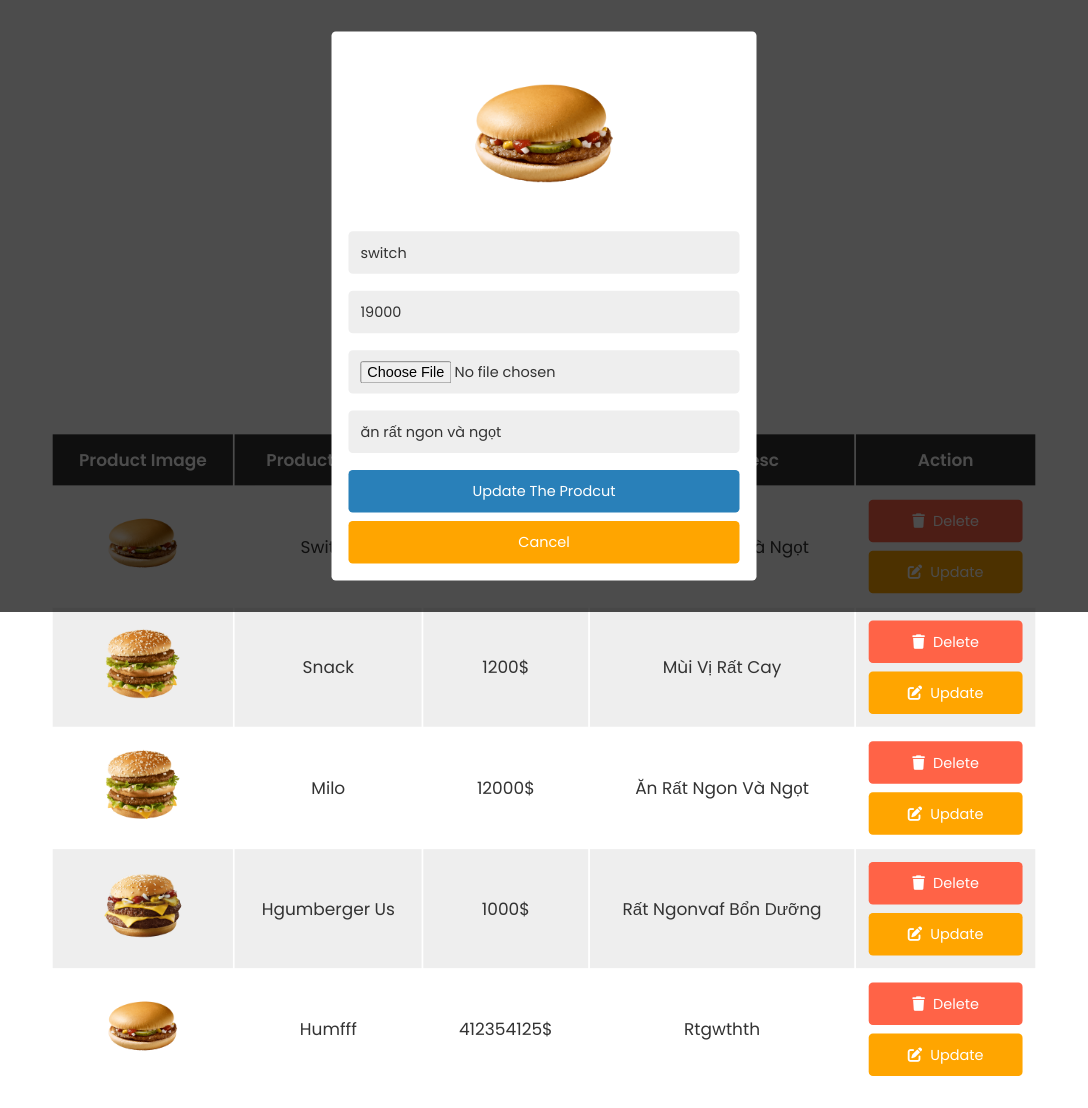
Repository: yennobita/FPT-PHP1
Page: http://localhost/admin.php?edit=22
The author's editor kept a copy of each file at every save. The page is drawn from the files as they stood at one save, then again after the next save.
The browser window is 1280 px wide. The pictures show the whole page, at 85% of full size.
The page is run by PHP 8.4 with error messages shown; the project is at /var/www/html/. The database holds what the project's SQL file puts in it.

Above is the page before, as saved 2022-08-04 16:20:56.
Console error: TypeError: Cannot set properties of null (setting 'onclick')

### ASM_PHP1/admin.php
<?php

@include 'config.php';

if(isset($_POST['add_product'])){
   $p_name = $_POST['p_name'];
   $p_price = $_POST['p_price'];
   $p_image = $_FILES['p_image']['name'];
   $p_desc = $_POST['p_desc'];
   $p_image_tmp_name = $_FILES['p_image']['tmp_name'];
   $p_image_folder = 'uploaded_img/'.$p_image;

   $insert_query = mysqli_query($conn, "INSERT INTO `products`(product_name, product_price, product_image, product_desc) VALUES('$p_name', '$p_price', '$p_image', '$p_desc')") or die('query failed');

   if($insert_query){
      move_uploaded_file($p_image_tmp_name, $p_image_folder);
      $message[] = 'product add succesfully';
   }else{
      $message[] = 'could not add the product';
   }
};

if(isset($_GET['delete'])){
   $delete_id = $_GET['delete'];
   $delete_query = mysqli_query($conn, "DELETE FROM `products` WHERE id = $delete_id ") or die('query failed');
   if($delete_query){
      header('location:admin.php');
      $message[] = 'product has been deleted';
   }else{
      header('location:admin.php');
      $message[] = 'product could not be deleted';
   };
};

if(isset($_POST['update_product'])){
   $update_p_id = $_POST['update_p_id'];
   $update_p_name = $_POST['update_p_name'];
   $update_p_price = $_POST['update_p_price'];
   $update_p_desc = $_POST['update_p_desc'];
   $update_p_image = $_FILES['update_p_image']['name'];
   $update_p_image_tmp_name = $_FILES['update_p_image']['tmp_name'];
   $update_p_image_folder = 'uploaded_img/'.$update_p_image;

   $update_query = mysqli_query($conn, "UPDATE `products` SET product_name = '$update_p_name', product_price = '$update_p_price', product_image = '$update_p_image', product_desc = '$update_p_desc' WHERE id = '$update_p_id'");

   if($update_query){
      move_uploaded_file($update_p_image_tmp_name, $update_p_image_folder);
      $message[] = 'product updated succesfully';
      header('location:admin.php');
   }else{
      $message[] = 'product could not be updated';
      header('location:admin.php');
   }

}

?>

<!DOCTYPE html>
<html lang="en">
<head>
   <meta charset="UTF-8">
   <meta http-equiv="X-UA-Compatible" content="IE=edge">
   <meta name="viewport" content="width=device-width, initial-scale=1.0">
   <title>admin panel</title>

   <!-- font awesome cdn link  -->
   <link rel="stylesheet" href="https://cdnjs.cloudflare.com/ajax/libs/font-awesome/6.0.0/css/all.min.css">

   <!-- custom css file link  -->
   <link rel="stylesheet" href="css/style1.css">

</head>
<body>

<?php

if(isset($message)){
   foreach($message as $message){
      echo '<div class="message"><span>'.$message.'</span> <i class="fas fa-times" onclick="this.parentElement.style.display = `none`;"></i> </div>';
   };
};

?>



<div class="container">

<section>

<form action="" method="post" class="add-product-form" enctype="multipart/form-data">
   <h3>add a new product</h3>
   <input type="text" name="p_name" placeholder="enter the product name" class="box" required>
   <input type="number" name="p_price" min="0" placeholder="enter the product price" class="box" required>
   <input type="file" name="p_image" accept="image/png, image/jpg, image/jpeg" class="box" required>
   <input type="text" name="p_desc" placeholder="enter the product desc" class="box" require>
   <input type="submit" value="add the product" name="add_product" class="btn">
</form>

</section>

<section class="display-product-table">

   <table>

      <thead>
         <th>product image</th>
         <th>product name</th>
         <th>product price</th>
         <th>product desc</th>
         <th>action</th>
      </thead>

      <tbody>
         <?php

            $select_products = mysqli_query($conn, "SELECT * FROM `products`");
            if(mysqli_num_rows($select_products) > 0){
               while($row = mysqli_fetch_assoc($select_products)){
         ?>

         <tr>
            <td><img src="uploaded_img/<?php echo $row['product_image']; ?>" height="100" alt=""></td>
            <td><?php echo $row['product_name']; ?></td>
            <td><?php echo $row['product_price']; ?>$</td>
            <td><?php echo $row['product_desc']; ?></td>
            <td>
               <a href="admin.php?delete=<?php echo $row['id']; ?>" class="delete-btn" onclick="return confirm('are your sure you want to delete this?');"> <i class="fas fa-trash"></i> delete </a>
               <a href="admin.php?edit=<?php echo $row['id']; ?>" class="option-btn"> <i class="fas fa-edit"></i> update </a>
            </td>
         </tr>

         <?php
            };
            }else{
               echo "<div class='empty'>no product added</div>";
            };
         ?>
      </tbody>
   </table>

</section>

<section class="edit-form-container">

   <?php

   if(isset($_GET['edit'])){
      $edit_id = $_GET['edit'];
      $edit_query = mysqli_query($conn, "SELECT * FROM `products` WHERE id = $edit_id");
      if(mysqli_num_rows($edit_query) > 0){
         while($fetch_edit = mysqli_fetch_assoc($edit_query)){
   ?>

   <form action="" method="post" enctype="multipart/form-data">
      <img src="uploaded_img/<?php echo $fetch_edit['product_image']; ?>" height="200" alt="">
      <input type="hidden" name="update_p_id" value="<?php echo $fetch_edit['id']; ?>">
      <input type="text" class="box" required name="update_p_name" value="<?php echo $fetch_edit['product_name']; ?>">
      <input type="number" min="0" class="box" required name="update_p_price" value="<?php echo $fetch_edit['product_price']; ?>">
      <input type="file" class="box" required name="update_p_image" accept="image/png, image/jpg, image/jpeg">
      <input type="text" class="box" required name="update_p_desc" value="<?php echo $fetch_edit['product_desc']; ?>">
      <input type="submit" value="update the prodcut" name="update_product" class="btn">
      <input type="reset" value="cancel" id="close-edit" class="option-btn">
   </form>

   <?php
            };
         };
         echo "<script>document.querySelector('.edit-form-container').style.display = 'flex';</script>";
      };
   ?>

</section>

</div>



<!-- custom js file link  -->
<script src="/Js/script.js"></script>

</body>
</html>

### ASM_PHP1/config.php
<?php

$conn = mysqli_connect('localhost', 'root', '', 'burger') or die('connection failed');;

?>

### ASM_PHP1/Css/style1.css
@import url("https://fonts.googleapis.com/css2?family=Poppins:wght@100;200;300;400;500;600&display=swap");

:root {
  --blue: #2980b9;
  --red: tomato;
  --orange: orange;
  --black: #333;
  --white: #fff;
  --bg-color: #eee;
  --dark-bg: rgba(0, 0, 0, 0.7);
  --box-shadow: 0 0.5rem 1rem rgba(0, 0, 0, 0.1);
  --border: 0.1rem solid #999;
}

* {
  font-family: "Poppins", sans-serif;
  margin: 0;
  padding: 0;
  box-sizing: border-box;
  outline: none;
  border: none;
  text-decoration: none;
  text-transform: capitalize;
}

html {
  font-size: 62.5%;
  overflow-x: hidden;
}

.container {
  max-width: 1200px;
  margin: 0 auto;
  /* padding-bottom: 5rem; */
}

section {
  padding: 2rem;
}

.heading {
  text-align: center;
  font-size: 3.5rem;
  text-transform: uppercase;
  color: var(--black);
  margin-bottom: 2rem;
}

.btn,
.option-btn,
.delete-btn {
  display: block;
  width: 100%;
  text-align: center;
  background-color: var(--blue);
  color: var(--white);
  font-size: 1.7rem;
  padding: 1.2rem 3rem;
  border-radius: 0.5rem;
  cursor: pointer;
  margin-top: 1rem;
}

.btn:hover,
.option-btn:hover,
.delete-btn:hover {
  background-color: var(--black);
}

.option-btn i,
.delete-btn i {
  padding-right: 0.5rem;
}

.option-btn {
  background-color: var(--orange);
}

.delete-btn {
  margin-top: 0;
  background-color: var(--red);
}

.message {
  background-color: var(--blue);
  position: sticky;
  top: 0;
  left: 0;
  z-index: 10000;
  border-radius: 0.5rem;
  background-color: var(--white);
  padding: 1.5rem 2rem;
  margin: 0 auto;
  max-width: 1200px;
  display: flex;
  align-items: center;
  justify-content: space-between;
  gap: 1.5rem;
}

.message span {
  font-size: 2rem;
  color: var(--black);
}

.message i {
  font-size: 2.5rem;
  color: var(--black);
  cursor: pointer;
}

.message i:hover {
  color: var(--red);
}

.header {
  background-color: var(--blue);
  position: sticky;
  top: 0;
  left: 0;
  z-index: 1000;
}

.header .flex {
  display: flex;
  align-items: center;
  padding: 1.5rem 2rem;
  max-width: 1200px;
  margin: 0 auto;
}

.header .flex .logo {
  margin-right: auto;
  font-size: 2.5rem;
  color: var(--white);
}

.header .flex .navbar a {
  margin-left: 2rem;
  font-size: 2rem;
  color: var(--white);
}

.header .flex .navbar a:hover {
  color: yellow;
}

.header .flex .cart {
  margin-left: 2rem;
  font-size: 2rem;
  color: var(--white);
}

.header .flex .cart:hover {
  color: yellow;
}

.header .flex .cart span {
  padding: 0.1rem 0.5rem;
  border-radius: 0.5rem;
  background-color: var(--white);
  color: var(--blue);
  font-size: 2rem;
}

#menu-btn {
  margin-left: 2rem;
  font-size: 3rem;
  cursor: pointer;
  color: var(--white);
  display: none;
}

.add-product-form {
  max-width: 50rem;
  background-color: var(--bg-color);
  border-radius: 0.5rem;
  padding: 2rem;
  margin: 0 auto;
  margin-top: 2rem;
}

.add-product-form h3 {
  font-size: 2.5rem;
  margin-bottom: 1rem;
  color: var(--black);
  text-transform: uppercase;
  text-align: center;
}

.add-product-form .box {
  text-transform: none;
  padding: 1.2rem 1.4rem;
  font-size: 1.7rem;
  color: var(--black);
  border-radius: 0.5rem;
  background-color: var(--white);
  margin: 1rem 0;
  width: 100%;
}

.display-product-table table {
  width: 100%;
  text-align: center;
}

.display-product-table table thead th {
  padding: 1.5rem;
  font-size: 2rem;
  background-color: var(--black);
  color: var(--white);
}

.display-product-table table td {
  padding: 1.5rem;
  font-size: 2rem;
  color: var(--black);
}

.display-product-table table td:first-child {
  padding: 0;
}

.display-product-table table tr:nth-child(even) {
  background-color: var(--bg-color);
}

.display-product-table .empty {
  margin-bottom: 2rem;
  text-align: center;
  background-color: var(--bg-color);
  color: var(--black);
  font-size: 2rem;
  padding: 1.5rem;
}

.edit-form-container {
  position: fixed;
  top: 0;
  left: 0;
  z-index: 1100;
  background-color: var(--dark-bg);
  padding: 2rem;
  display: none;
  align-items: center;
  justify-content: center;
  min-height: 100vh;
  width: 100%;
}

.edit-form-container form {
  width: 50rem;
  border-radius: 0.5rem;
  background-color: var(--white);
  text-align: center;
  padding: 2rem;
}

.edit-form-container form .box {
  width: 100%;
  background-color: var(--bg-color);
  border-radius: 0.5rem;
  margin: 1rem 0;
  font-size: 1.7rem;
  color: var(--black);
  padding: 1.2rem 1.4rem;
  text-transform: none;
}

.products .box-container {
  display: grid;
  grid-template-columns: repeat(auto-fit, 35rem);
  gap: 1.5rem;
  justify-content: center;
}

.products .box-container .box {
  text-align: center;
  padding: 2rem;
  box-shadow: var(--box-shadow);
  border: var(--border);
  border-radius: 0.5rem;
}

.products .box-container .box img {
  height: 25rem;
}

.products .box-container .box h3 {
  margin: 1rem 0;
  font-size: 2.5rem;
  color: var(--black);
}

.products .box-container .box .price {
  font-size: 2.5rem;
  color: var(--black);
}

.shopping-cart table {
  text-align: center;
  width: 100%;
}

.shopping-cart table thead th {
  padding: 1.5rem;
  font-size: 2rem;
  color: var(--white);
  background-color: var(--black);
}

.shopping-cart table tr td {
  border-bottom: var(--border);
  padding: 1.5rem;
  font-size: 2rem;
  color: var(--black);
}

.shopping-cart table input[type="number"] {
  border: var(--border);
  padding: 1rem 2rem;
  font-size: 2rem;
  color: var(--black);
  width: 10rem;
}

.shopping-cart table input[type="submit"] {
  padding: 0.5rem 1.5rem;
  cursor: pointer;
  font-size: 2rem;
  background-color: var(--orange);
  color: var(--white);
}

.shopping-cart table input[type="submit"]:hover {
  background-color: var(--black);
}

.shopping-cart table .table-bottom {
  background-color: var(--bg-color);
}

.shopping-cart .checkout-btn {
  text-align: center;
  margin-top: 1rem;
}

.shopping-cart .checkout-btn a {
  display: inline-block;
  width: auto;
}

.shopping-cart .checkout-btn a.disabled {
  pointer-events: none;
  opacity: 0.5;
  user-select: none;
  background-color: var(--red);
}

.checkout-form form {
  padding: 2rem;
  border-radius: 0.5rem;
  background-color: var(--bg-color);
}

.checkout-form form .flex {
  flex-wrap: wrap;
  gap: 1.5rem;
}

.checkout-form form .flex .inputBox {
  flex: 1 1 40rem;
}

.checkout-form form .flex .inputBox span {
  font-size: 1.5rem;
  color: var(--black);
}

.checkout-form form .flex .inputBox input,
.checkout-form form .flex .inputBox select {
  width: 100%;
  background-color: var(--white);
  font-size: 1.2rem;
  color: var(--black);
  border-radius: 0.5rem;
  margin: 1rem 0;
  padding: 1.2rem 1.4rem;
  text-transform: none;
  border: var(--border);
}

.display-order {
  max-width: 50rem;
  background-color: var(--white);
  border-radius: 0.5rem;
  text-align: center;
  padding: 1.5rem;
  margin: 0 auto;
  margin-bottom: 2rem;
  box-shadow: var(--box-shadow);
  border: var(--border);
}

.display-order span {
  display: inline-block;
  border-radius: 0.5rem;
  background-color: var(--bg-color);
  padding: 0.5rem 1.5rem;
  font-size: 2rem;
  color: var(--black);
  margin: 0.5rem;
}

.display-order span.grand-total {
  width: 100%;
  background-color: var(--red);
  color: var(--white);
  padding: 1rem;
  margin-top: 1rem;
}

.order-message-container {
  position: fixed;
  top: 0;
  left: 0;
  height: 100vh;
  overflow-y: scroll;
  overflow-x: hidden;
  padding: 2rem;
  display: flex;
  align-items: center;
  justify-content: center;
  z-index: 1100;
  background-color: var(--dark-bg);
  width: 100%;
}

.order-message-container::-webkit-scrollbar {
  width: 1rem;
}

.order-message-container::-webkit-scrollbar-track {
  background-color: var(--dark-bg);
}

.order-message-container::-webkit-scrollbar-thumb {
  background-color: var(--blue);
}

.order-message-container .message-container {
  width: 50rem;
  background-color: var(--white);
  border-radius: 0.5rem;
  padding: 2rem;
  text-align: center;
}

.order-message-container .message-container h3 {
  font-size: 2.5rem;
  color: var(--black);
}

.order-message-container .message-container .order-detail {
  background-color: var(--bg-color);
  border-radius: 0.5rem;
  padding: 1rem;
  margin: 1rem 0;
}

.order-message-container .message-container .order-detail span {
  background-color: var(--white);
  border-radius: 0.5rem;
  color: var(--black);
  font-size: 2rem;
  display: inline-block;
  padding: 1rem 1.5rem;
  margin: 1rem;
}

.order-message-container .message-container .order-detail span.total {
  display: block;
  background: var(--red);
  color: var(--white);
}

.order-message-container .message-container .customer-details {
  margin: 1.5rem 0;
}

.order-message-container .message-container .customer-details p {
  padding: 1rem 0;
  font-size: 2rem;
  color: var(--black);
}

.order-message-container .message-container .customer-details p span {
  color: var(--blue);
  padding: 0 0.5rem;
  text-transform: none;
}

/* media queries  */

@media (max-width: 1200px) {
  .shopping-cart {
    overflow-x: scroll;
  }

  .shopping-cart table {
    width: 120rem;
  }

  .shopping-cart .heading {
    text-align: left;
  }

  .shopping-cart .checkout-btn {
    text-align: left;
  }
}

@media (max-width: 991px) {
  html {
    font-size: 55%;
  }
}

@media (max-width: 768px) {
  #menu-btn {
    display: inline-block;
    transition: 0.2s linear;
  }

  #menu-btn.fa-times {
    transform: rotate(180deg);
  }

  .header .flex .navbar {
    position: absolute;
    top: 99%;
    left: 0;
    right: 0;
    background-color: var(--blue);
    clip-path: polygon(0 0, 100% 0, 100% 0, 0 0);
    transition: 0.2s linear;
  }

  .header .flex .navbar.active {
    clip-path: polygon(0 0, 100% 0, 100% 100%, 0% 100%);
  }

  .header .flex .navbar a {
    margin: 2rem;
    display: block;
    text-align: center;
    font-size: 2.5rem;
  }

  .display-product-table {
    overflow-x: scroll;
  }

  .display-product-table table {
    width: 90rem;
  }
}

@media (max-width: 450px) {
  html {
    font-size: 50%;
  }

  .heading {
    font-size: 3rem;
  }

  .products .box-container {
    grid-template-columns: 1fr;
  }
}

### ASM_PHP1/Js/script.js
let menu = document.querySelector("#menu-btn");
let navbar = document.querySelector(".header .navbar");

menu.onclick = () => {
  menu.classList.toggle("fa-times");
  navbar.classList.toggle("active");
};

window.onscroll = () => {
  menu.classList.remove("fa-times");
  navbar.classList.remove("active");
};

document.querySelector("#close-edit").onclick = () => {
  document.querySelector(".edit-form-container").style.display = "none";
  window.location.href = "admin.php";
};

### ASM_PHP1/burger.sql (the tables this page reads)
CREATE TABLE `products` (
  `id` int(20) NOT NULL,
  `product_name` varchar(255) NOT NULL,
  `product_image` varchar(255) NOT NULL,
  `product_price` decimal(20,0) NOT NULL,
  `product_desc` varchar(255) NOT NULL
) ENGINE=InnoDB DEFAULT CHARSET=utf8mb4;

INSERT INTO `products` (`id`, `product_name`, `product_image`, `product_price`, `product_desc`) VALUES
(22, 'switch', 'product-6.png', '19000', 'ăn rất ngon và ngọt'),
(23, 'snack', 'product-4.png', '1200', 'mùi vị rất cay'),
(24, 'milo', 'product-4.png', '12000', 'ăn rất ngon và ngọt'),
(25, 'hgumberger us', 'product-1.png', '1000', 'rất ngonvaf bổn dưỡng'),
(26, 'humfff', 'product-6.png', '412354125', 'rtgwthth');

ALTER TABLE `products`
  ADD PRIMARY KEY (`id`);

ALTER TABLE `products`
  MODIFY `id` int(20) NOT NULL AUTO_INCREMENT, AUTO_INCREMENT=27;

After the next save:
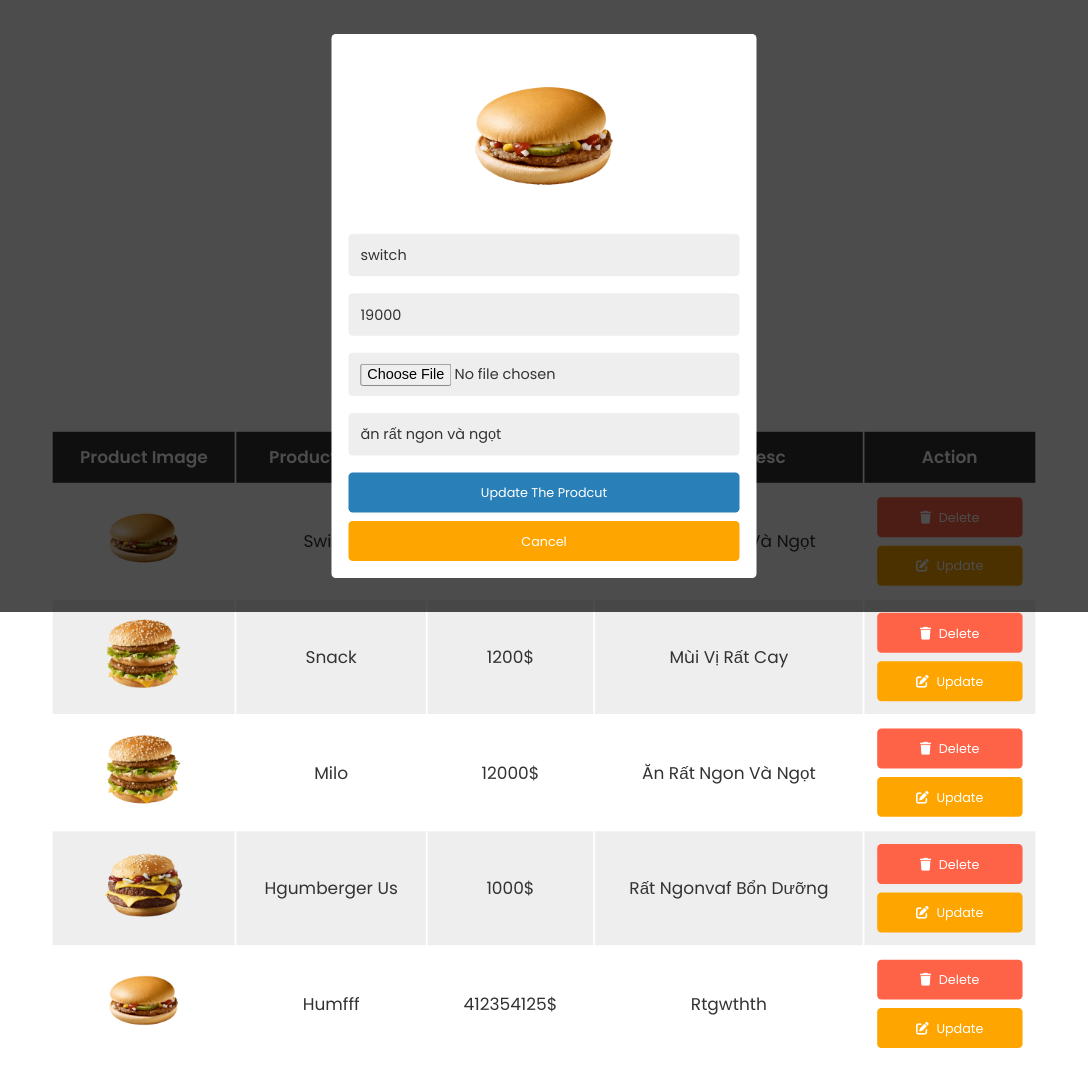
Saved 14 h 28 min later.
--- a/ASM_PHP1/Css/style1.css
+++ b/ASM_PHP1/Css/style1.css
@@ -54,7 +54,7 @@ section {
   text-align: center;
   background-color: var(--blue);
   color: var(--white);
-  font-size: 1.7rem;
+  font-size: 1.5rem;
   padding: 1.2rem 3rem;
   border-radius: 0.5rem;
   cursor: pointer;
